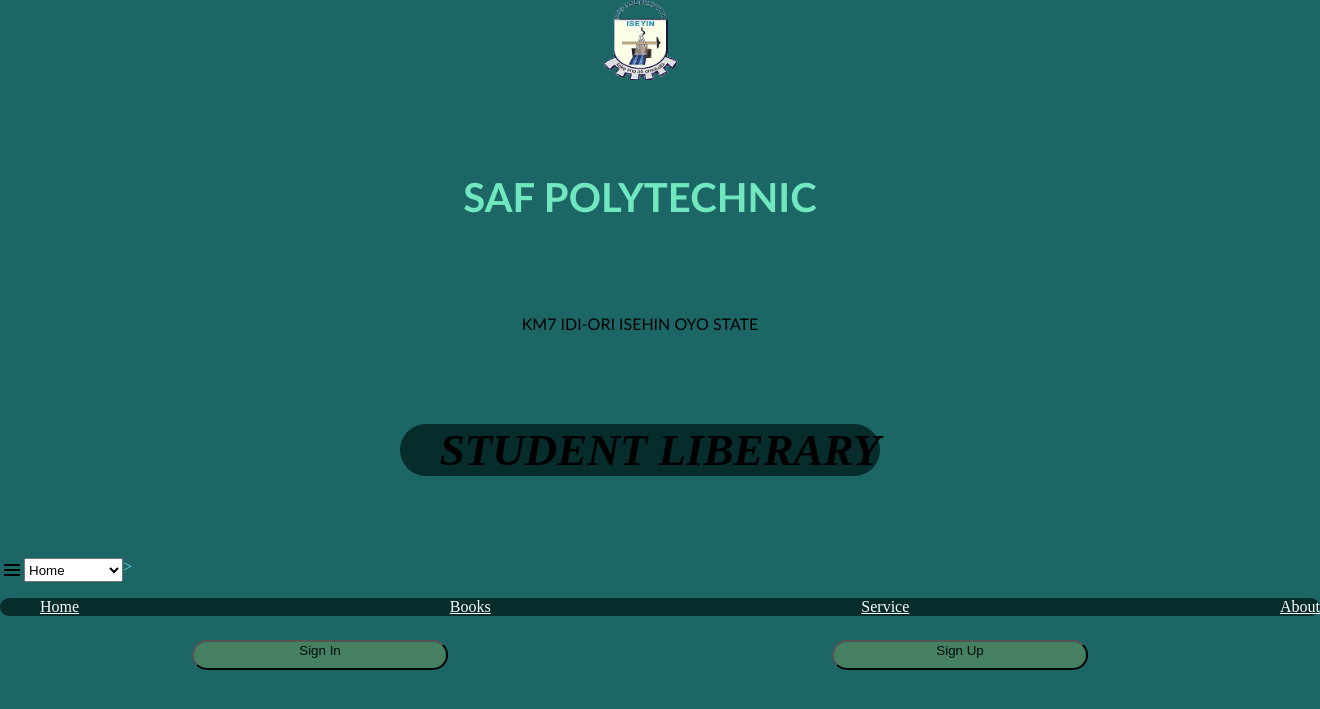
Repository: makinwademila/new-html
Page: index.html
The author's editor kept a copy of each file at every save. The page is drawn from the files as they stood at one save, then again after the next save.
The browser window is 1280 px wide. The page is 1320 px wide, then 1280 px, so the pictures cover 1320 px, including what lies to the right of the window. The pictures show the whole page.

Above is the page before, as saved 2025-02-10 16:18:29.

After the next save:
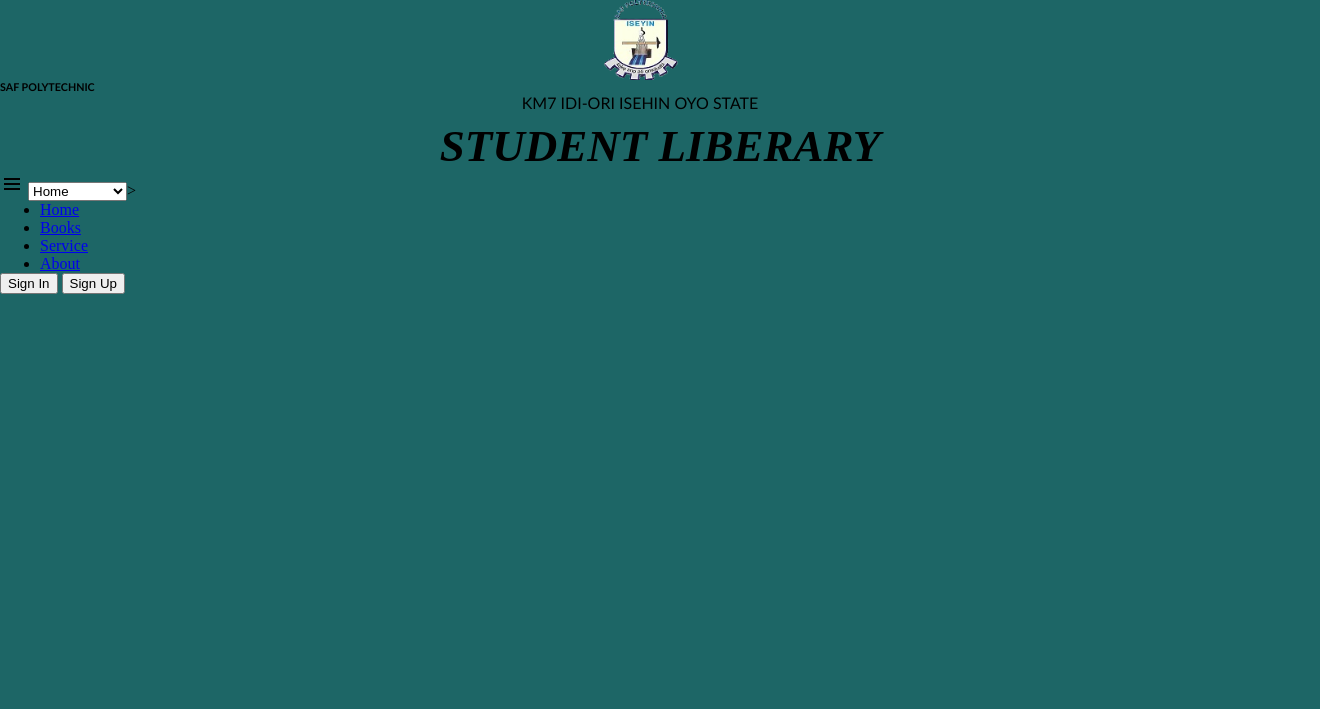
Saved 5 min 26 s later.
--- a/style.css
+++ b/style.css
@@ -1,10 +1,6 @@
 * {
-    margin {
-        0
-    }
-    padding {
-        0
-    }
+    margin: auto;
+    padding: auto;
 }
 
 body {
@@ -28,117 +24,6 @@
     margin: auto;
 }
 
-.inputs {
-    margin: 10px;
-    padding: 10px;
-    padding-left: 100px;
-    flex-wrap: wrap;
-}
-
-input {
-    background-color: transparent;
-    border-color: rgb(65, 160, 132);
-    width: 80%;
-    height: 30px;
-    border-radius: 60px;
-    margin-top: 10px;
-}
-
-button {
-    display: flex;
-    background-color: rgb(69, 128, 98);
-    color: rgb(1, 12, 12);
-    height: 30px;
-    width: 20%;
-    border-radius: 20px;
-}
-
-button:hover {
-    background-color: rgb(162, 22, 226);
-    transition: 1s ease-in-out;
-    animation-duration: 1s;
-}
-
-.buttons {
-    justify-content: center;
-}
-
-.button {
-    justify-content: center;
-}
-
-.nav-menu-btn {
-    color: #65dee2;
-    display: flex;
-}
-
-.nav-menu-btn:hover {
-    color: aliceblue;
-}
-
-.nav-button {
-    justify-content: center;
-    display: flex;
-    justify-content: space-around;
-}
-
-button {
-    font-family: Arial, Helvetica, sans-serif;
-    justify-content: center;
-    margin-top: 0.5rem;
-}
-
-h2 {
-    display: flex;
-    justify-content: center;
-}
-
-h6 {
-    font-size: 40px;
-    font-weight: bolder;
-    color: rgb(112, 231, 191);
-    display: flex;
-    justify-content: center;
-    align-content: center;
-}
-
-input {
-    color: rgb(118, 221, 140);
-}
-
-ul {
-    display: flex;
-    flex-direction: row;
-    justify-content: space-between;
-    color: black;
-    background-color: rgb(7, 44, 44);
-    border-radius: 60px;
-    width: 100%;
-    list-style: none;
-}
-
-li {
-    color: transparent;
-}
-
-a {
-    background-color: transparent;
-    color: rgb(255, 252, 252);
-    transition: 1s;
-    opacity: 5px;
-    animation: forwards;
-    border-radius: 100px;
-}
-
-a:hover {
-    color: rgba(255, 219, 14, 0.801);
-}
-
-a:active {
-    background-color: rgb(30, 48, 30);
-    transition: 1s ease-in-out;
-}
-
 .namer {
     display: flex;
     justify-content: center;
